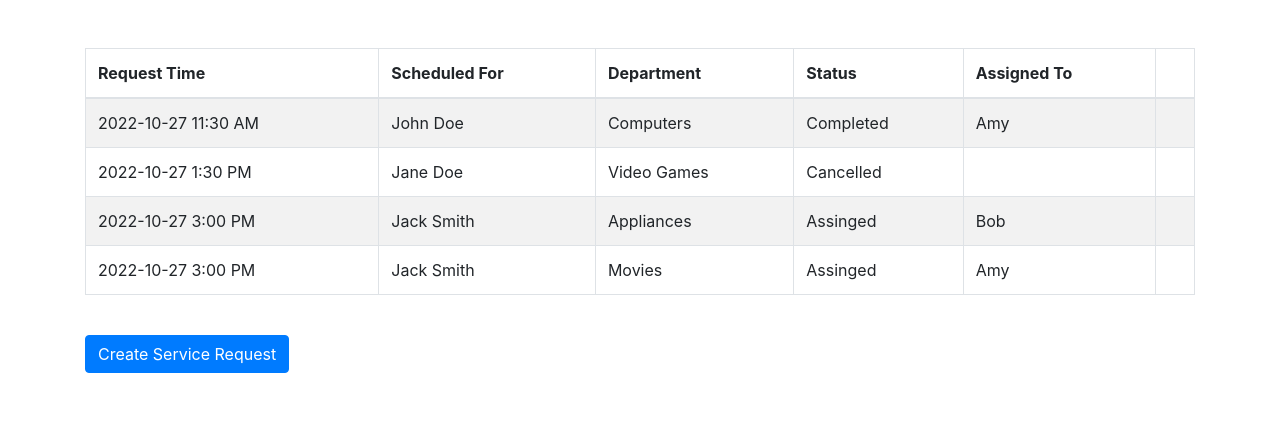
Repository: Thangtran1100/School-Stuff
Page: http://localhost/Helpdesk/DisplayRequest
These files come from the project's save history. The page is drawn as it stood at one moment and after the next save; the edit follows.
The browser window is 1280 px wide. The pictures show the whole page.
The page is served by Tomcat 9.

Above is the page before, as saved 2023-04-04 01:51:30.

After the next save:
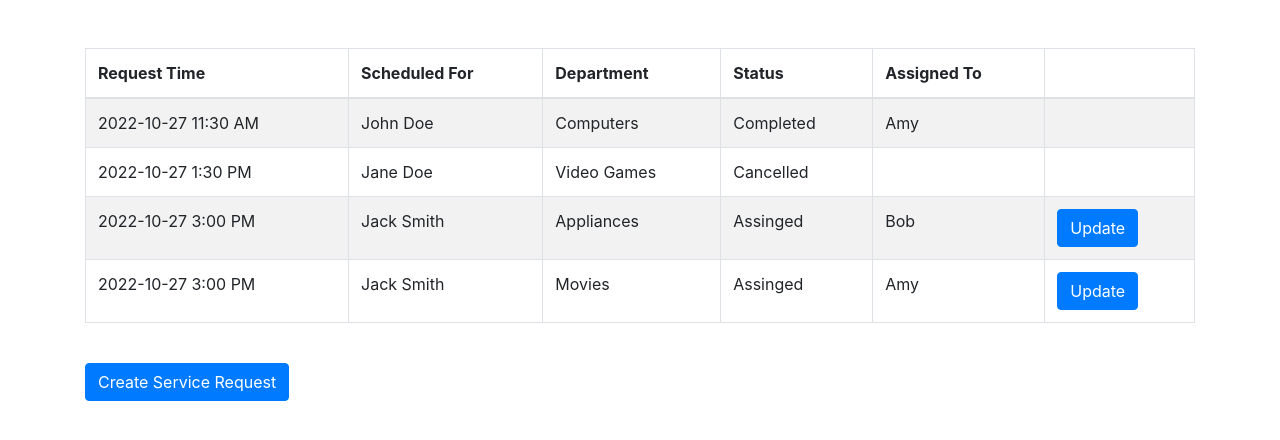
Saved 51 s later.
--- a/Spring 2023/CS3220/Assignments/3220-Midterm-App/Helpdesk/src/main/webapp/DisplayRequest.jsp
+++ b/Spring 2023/CS3220/Assignments/3220-Midterm-App/Helpdesk/src/main/webapp/DisplayRequest.jsp
@@ -38,7 +38,7 @@
 
 						<c:choose>
 
-							<c:when test="${entry.getRequestStatus() eq ('Completed' or 'Cancelled')}">
+							<c:when test="${(entry.getRequestStatus() eq 'Completed') or (entry.getRequestStatus() eq'Cancelled')}">
 								<td></td>
 							</c:when>
 
